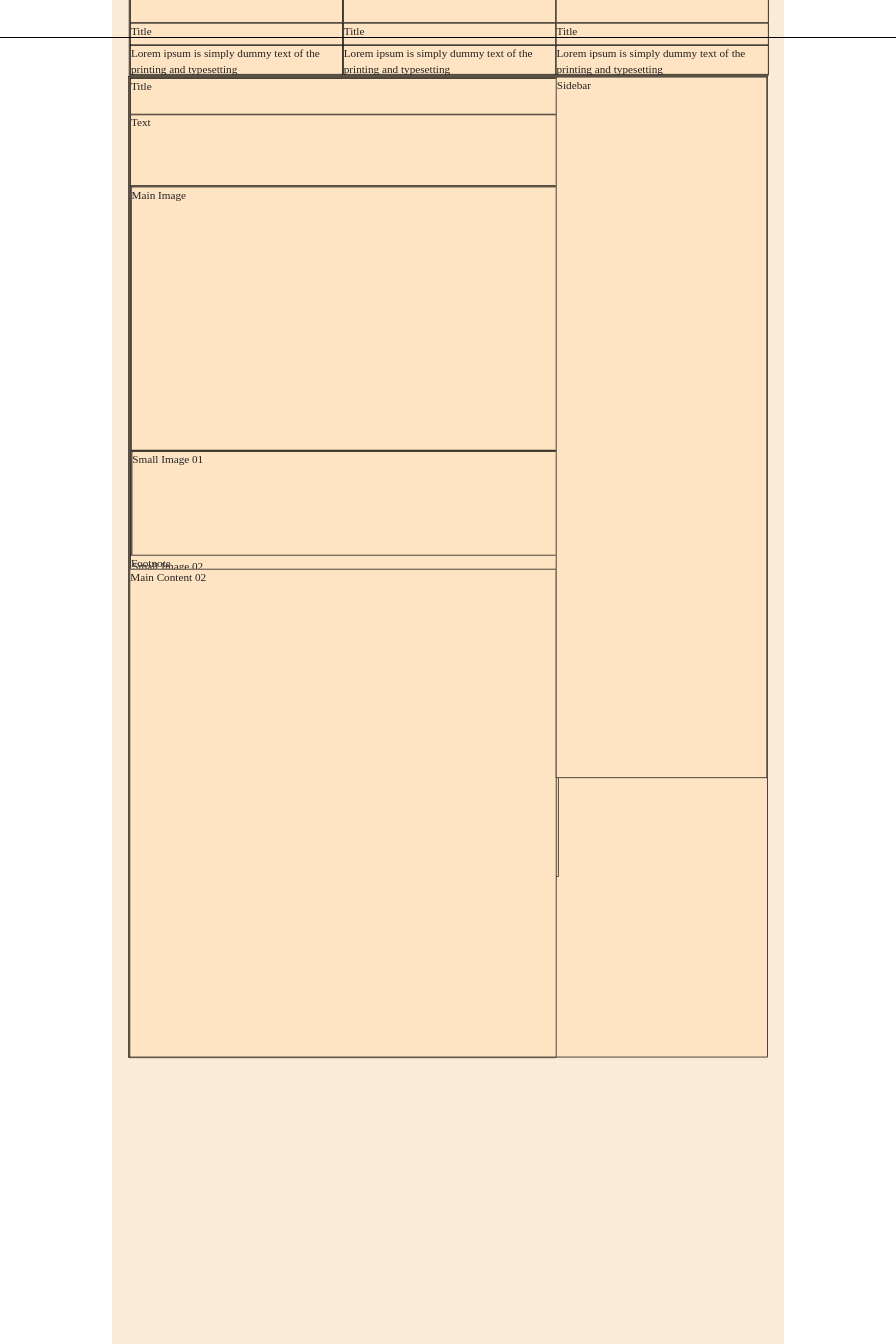
Repository: giovanabirck/cover-magazine-giovanabirck
Page: index.html
An editor plug-in stored every save of this project. The page is shown before and after a run of saves, followed by the edit.
The browser window is 1280 px wide. The pictures show the part of the page from y = 311 to 2231 px (the page is 5000 px tall), at 70% of full size.

Above is the page before, as saved 2023-01-14 11:27:40.

### index.html
<!doctype html>
<html class="no-js" lang="">

<head>
  <meta charset="utf-8">
  <title></title>
  <meta name="description" content="">
  <meta name="viewport" content="width=device-width, initial-scale=1">

  <meta property="og:title" content="">
  <meta property="og:type" content="">
  <meta property="og:url" content="">
  <meta property="og:image" content="">

  <link rel="manifest" href="site.webmanifest">
  <link rel="apple-touch-icon" href="icon.png">
  <!-- Place favicon.ico in the root directory -->

  <link rel="stylesheet" href="css/normalize.css">
  <link rel="stylesheet" href="css/main.css">

  <meta name="theme-color" content="#fafafa">
</head>

<body>

  <div class="main-container">

    <div class="header">
      <div class="header-content">
        <div class="header-content-logo">Logo</div>
        <div class="header-content-search">Search</div>
        <div class="header-content-icons">
          <div class="header-content-icons-un">Icon 01</div>
          <div class="header-content-icons-un">Icon 02</div>
          <div class="header-content-icons-un">Icon 03</div>
        </div>
      </div>
      <div class="header-menu">
        <div class="header-menu-un">Home</div>
        <div class="header-menu-un">Cinema</div>
        <div class="header-menu-un">Magazine</div>
        <div class="header-menu-un">Cssauthor.com</div>
        <div class="header-menu-un">Topmenu</div>
        <div class="header-menu-un">Archives</div>
        <div class="header-menu-un">Contact Us</div>
      </div>
    </div>

    <div class="featured">
      <div class="featured-h1">Top Stories</div>
      <div class="featured-stories">
        <div class="featured-stories-un">
          <div class="featured-stories-un-image">Image</div>
          <div class="featured-stories-un-title">Title</div>
          <div class="featured-stories-un-text">Lorem ipsum is simply dummy text of the printing and typesetting</div>
        </div>
        <div class="featured-stories-un">
          <div class="featured-stories-un-image">Image</div>
          <div class="featured-stories-un-title">Title</div>
          <div class="featured-stories-un-text">Lorem ipsum is simply dummy text of the printing and typesetting</div>
        </div>
        <div class="featured-stories-un">
          <div class="featured-stories-un-image">Image</div>
          <div class="featured-stories-un-title">Title</div>
          <div class="featured-stories-un-text">Lorem ipsum is simply dummy text of the printing and typesetting</div>
        </div>
      </div>
    </div>

    <div class="main">
      <div class="main-content">
        <div class="main-content-un">
          <div class="main-content-un-title">Title</div>
          <div class="main-content-un-text">Text</div>
          <div class="main-content-un-images">
            <div class="main-content-un-images-large">Main Image</div>
            <div class="main-content-un-images-small">
              <div class="main-content-un-images-small-un">Small Image 01</div>
              <div class="main-content-un-images-small-un">Small Image 02</div>
              <div class="main-content-un-images-small-un">Small Image 03</div>
              <div class="main-content-un-images-small-un">Small Image 04</div>
            </div>
          </div>
          <div class="main-content-un-footnote">Footnote</div>
        </div>
        <div class="main-content-un">Main Content 02</div>
      </div>
      <div class="main-side">Sidebar</div>
    </div>



  </div>

  <script src="js/vendor/modernizr-3.11.2.min.js"></script>
  <script src="js/plugins.js"></script>
  <script src="js/main.js"></script>

  <!-- Google Analytics: change UA-XXXXX-Y to be your site's ID. -->
  <script>
    window.ga = function () { ga.q.push(arguments) }; ga.q = []; ga.l = +new Date;
    ga('create', 'UA-XXXXX-Y', 'auto'); ga('set', 'anonymizeIp', true); ga('set', 'transport', 'beacon'); ga('send', 'pageview')
  </script>
  <script src="https://www.google-analytics.com/analytics.js" async></script>
</body>

</html>

### css/main.css
/*! HTML5 Boilerplate v8.0.0 | MIT License | https://html5boilerplate.com/ */

/* main.css 2.1.0 | MIT License | https://github.com/h5bp/main.css#readme */
/*
 * What follows is the result of much research on cross-browser styling.
 * Credit left inline and big thanks to Nicolas Gallagher, Jonathan Neal,
 * Kroc Camen, and the H5BP dev community and team.
 */

/* ==========================================================================
   Base styles: opinionated defaults
   ========================================================================== */

html {
  color: #222;
  font-size: 1em;
  line-height: 1.4;
  margin: 0px 160px 0px 160px;
}

/*
 * Remove text-shadow in selection highlight:
 * https://twitter.com/miketaylr/status/12228805301
 *
 * Vendor-prefixed and regular ::selection selectors cannot be combined:
 * https://stackoverflow.com/a/16982510/7133471
 *
 * Customize the background color to match your design.
 */

::-moz-selection {
  background: #b3d4fc;
  text-shadow: none;
}

::selection {
  background: #b3d4fc;
  text-shadow: none;
}

/*
 * A better looking default horizontal rule
 */

hr {
  display: block;
  height: 1px;
  border: 0;
  border-top: 1px solid #ccc;
  margin: 1em 0;
  padding: 0;
}

/*
 * Remove the gap between audio, canvas, iframes,
 * images, videos and the bottom of their containers:
 * https://github.com/h5bp/html5-boilerplate/issues/440
 */

audio,
canvas,
iframe,
img,
svg,
video {
  vertical-align: middle;
}

/*
 * Remove default fieldset styles.
 */

fieldset {
  border: 0;
  margin: 0;
  padding: 0;
}

/*
 * Allow only vertical resizing of textareas.
 */

textarea {
  resize: vertical;
}

/* ==========================================================================
   Author's custom styles
   ========================================================================== */

/* ==========================================================================
   Helper classes
   ========================================================================== */

/*
 * Hide visually and from screen readers
 */

.hidden,
[hidden] {
  display: none !important;
}

/*
 * Hide only visually, but have it available for screen readers:
 * https://snook.ca/archives/html_and_css/hiding-content-for-accessibility
 *
 * 1. For long content, line feeds are not interpreted as spaces and small width
 *    causes content to wrap 1 word per line:
 *    https://medium.com/@jessebeach/beware-smushed-off-screen-accessible-text-5952a4c2cbfe
 */

.sr-only {
  border: 0;
  clip: rect(0, 0, 0, 0);
  height: 1px;
  margin: -1px;
  overflow: hidden;
  padding: 0;
  position: absolute;
  white-space: nowrap;
  width: 1px;
  /* 1 */
}

/*
 * Extends the .sr-only class to allow the element
 * to be focusable when navigated to via the keyboard:
 * https://www.drupal.org/node/897638
 */

.sr-only.focusable:active,
.sr-only.focusable:focus {
  clip: auto;
  height: auto;
  margin: 0;
  overflow: visible;
  position: static;
  white-space: inherit;
  width: auto;
}

/*
 * Hide visually and from screen readers, but maintain layout
 */

.invisible {
  visibility: hidden;
}

/*
 * Clearfix: contain floats
 *
 * For modern browsers
 * 1. The space content is one way to avoid an Opera bug when the
 *    `contenteditable` attribute is included anywhere else in the document.
 *    Otherwise it causes space to appear at the top and bottom of elements
 *    that receive the `clearfix` class.
 * 2. The use of `table` rather than `block` is only necessary if using
 *    `:before` to contain the top-margins of child elements.
 */

.clearfix::before,
.clearfix::after {
  content: " ";
  display: table;
}

.clearfix::after {
  clear: both;
}

/* ==========================================================================
   EXAMPLE Media Queries for Responsive Design.
   These examples override the primary ('mobile first') styles.
   Modify as content requires.
   ========================================================================== */

@media only screen and (min-width: 35em) {
  /* Style adjustments for viewports that meet the condition */
}

@media print,
  (-webkit-min-device-pixel-ratio: 1.25),
  (min-resolution: 1.25dppx),
  (min-resolution: 120dpi) {
  /* Style adjustments for high resolution devices */
}

/* ==========================================================================
   Print styles.
   Inlined to avoid the additional HTTP request:
   https://www.phpied.com/delay-loading-your-print-css/
   ========================================================================== */

@media print {
  *,
  *::before,
  *::after {
    background: #fff !important;
    color: #000 !important;
    /* Black prints faster */
    box-shadow: none !important;
    text-shadow: none !important;
  }

  a,
  a:visited {
    text-decoration: underline;
  }

  a[href]::after {
    content: " (" attr(href) ")";
  }

  abbr[title]::after {
    content: " (" attr(title) ")";
  }

  /*
   * Don't show links that are fragment identifiers,
   * or use the `javascript:` pseudo protocol
   */
  a[href^="#"]::after,
  a[href^="javascript:"]::after {
    content: "";
  }

  pre {
    white-space: pre-wrap !important;
  }

  pre,
  blockquote {
    border: 1px solid #999;
    page-break-inside: avoid;
  }

  /*
   * Printing Tables:
   * https://web.archive.org/web/20180815150934/http://css-discuss.incutio.com/wiki/Printing_Tables
   */
  thead {
    display: table-header-group;
  }

  tr,
  img {
    page-break-inside: avoid;
  }

  p,
  h2,
  h3 {
    orphans: 3;
    widows: 3;
  }

  h2,
  h3 {
    page-break-after: avoid;
  }
}

.main-container{
  background-color: antiquewhite;
  width: 100%;
  height: 5000px;
  display: flex;
  flex-direction: column;
  align-items: center;
}

.header {
  width: 95%;
  height: 120px;
  display: flex;
  flex-direction: column;
  justify-content: center;
}

.header-content{
  background-color: bisque;
  border: solid 1px black;
  width: 100%;
  height: 80px;
  display: flex;
}

.header-content-logo{
  background-color: bisque;
  border: solid 1px black;
  width: 33%;
  text-align: center;
}

.header-content-search{
  background-color: bisque;
  border: solid 1px black;
  width: 66%;
  text-align: center;
}

.header-content-icons{
  background-color: bisque;
  border: solid 1px black;
  width: 33%;
  text-align: center;
  display: flex;
}

.header-content-icons-un{
  background-color: bisque;
  border: solid 1px black;
  width: 100%;
  text-align: center;
}

.header-menu{
  background-color: bisque;
  border: solid 1px black;
  width: 100%;
  height: 40px;
  text-align: center;
  display: flex;
}

.header-menu-un{
  background-color: bisque;
  border: solid 1px black;
  width: 100%;
  text-align: center;
}

.featured{
  width: 95%;
  height: 300px;
  display: flex;
  flex-direction: column;
}

.featured-h1{
  background-color: bisque;
  border: solid 1px black;
  width: 100%;
  height: 40px;
}

.featured-stories{
  background-color: bisque;
  border: solid 1px black;
  width: 100%;
  height: 300px;
  display: flex;
}

.featured-stories-un{
  background-color: bisque;
  border: solid 1px black;
  width: 100%;
}

.featured-stories-un-image{
  background-color: bisque;
  border: solid 1px black;
  width: 100%;
  height: 190px;
}

.featured-stories-un-title{
  background-color: bisque;
  border: solid 1px black;
  width: 100%;
  height: 30px;
}

.featured-stories-un-text{
  background-color: bisque;
  border: solid 1px black;
  width: 100%;
  height: 40px;
}

.main{
  background-color: bisque;
  border: solid 1px black;
  width: 95%;
  height: 1400px;
  display: flex;
}

.main-content{
  background-color: bisque;
  border: solid 1px black;
  width: 67%;
  height: 1400px;
  display: flex;
  flex-direction: column;
}

.main-content-un{
  background-color: bisque;
  border: solid 1px black;
  width: 100%;
  height: 700px;
}

.main-content-un-title{
  background-color: bisque;
  border: solid 1px black;
  width: 100%;
  height: 50px;
}

.main-content-un-text{
  background-color: bisque;
  border: solid 1px black;
  width: 100%;
  height: 100px;
}

.main-content-un-images{
  background-color: bisque;
  border: solid 1px black;
  width: 100%;
  height: 525px;
}

.main-content-un-images-large{
  background-color: bisque;
  border: solid 1px black;
  width: 100%;
  height: 375px;
}

.main-content-un-images-small{
  background-color: bisque;
  border: solid 1px black;
  width: 100%;
  height: 150px;
}

.main-content-un-images-small-un{
  background-color: bisque;
  border: solid 1px black;
  width: 100%;
  height: 150px;
}

.main-content-un-footnote{
  background-color: bisque;
  border: solid 1px black;
  width: 100%;
  height: 25px;
}

.main-side{
  background-color: bisque;
  border: solid 1px black;
  width: 33%;
  height: 1000px;
}

### js/plugins.js
// Avoid `console` errors in browsers that lack a console.
(function() {
  var method;
  var noop = function () {};
  var methods = [
    'assert', 'clear', 'count', 'debug', 'dir', 'dirxml', 'error',
    'exception', 'group', 'groupCollapsed', 'groupEnd', 'info', 'log',
    'markTimeline', 'profile', 'profileEnd', 'table', 'time', 'timeEnd',
    'timeline', 'timelineEnd', 'timeStamp', 'trace', 'warn'
  ];
  var length = methods.length;
  var console = (window.console = window.console || {});

  while (length--) {
    method = methods[length];

    // Only stub undefined methods.
    if (!console[method]) {
      console[method] = noop;
    }
  }
}());

// Place any jQuery/helper plugins in here.

Loaded but not shown: css/normalize.css (library); js/vendor/modernizr-3.11.2.min.js (library); js/main.js (no stored copy; drawn as an empty file)

After the next 3 saves:
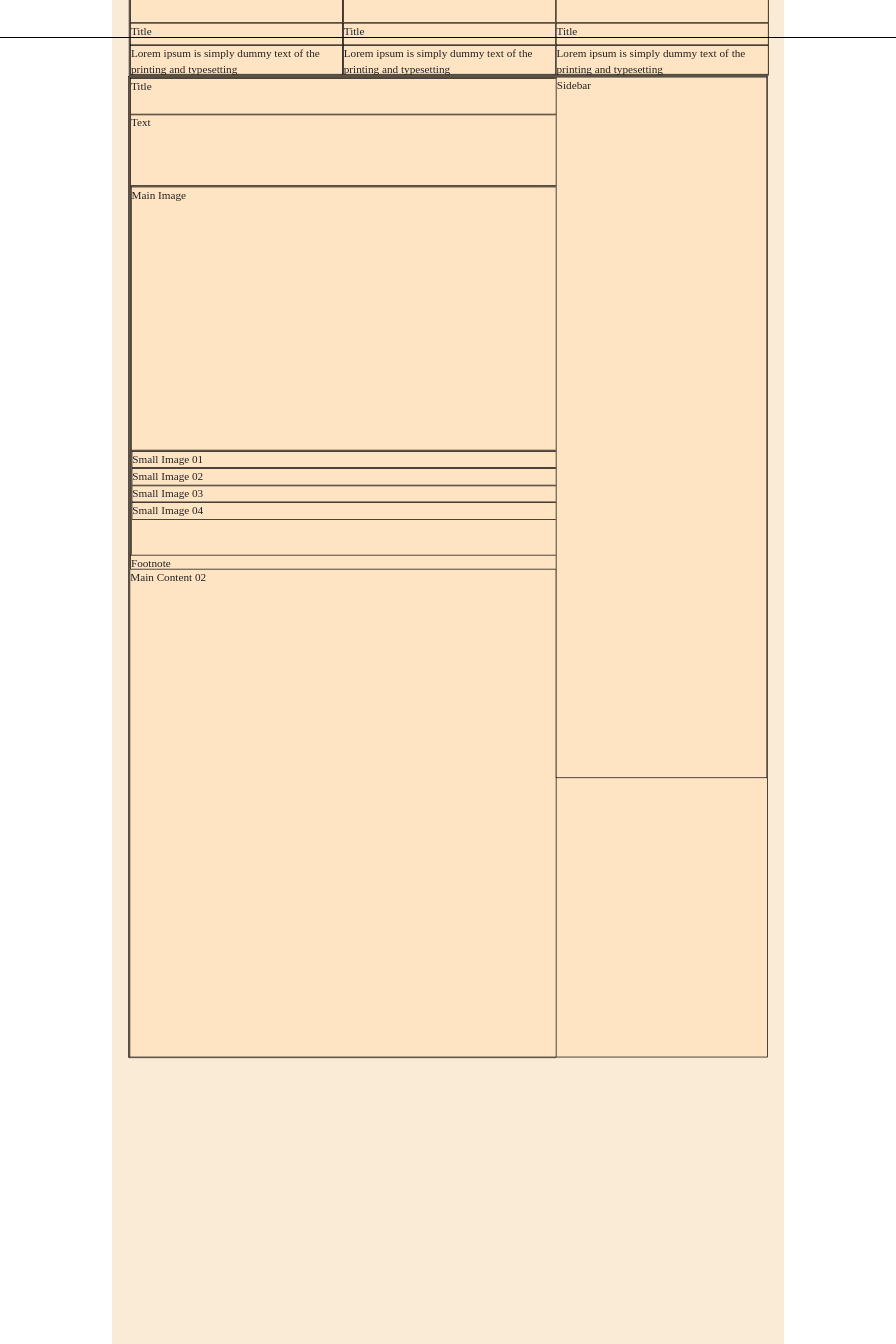
The 3 saves are shown as one change because they came seconds apart.
The last was saved 8 s later.
--- a/css/main.css
+++ b/css/main.css
@@ -438,13 +438,13 @@ textarea {
   border: solid 1px black;
   width: 100%;
   height: 150px;
+  display: ;
 }
 
 .main-content-un-images-small-un{
   background-color: bisque;
   border: solid 1px black;
   width: 100%;
-  height: 150px;
 }
 
 .main-content-un-footnote{
